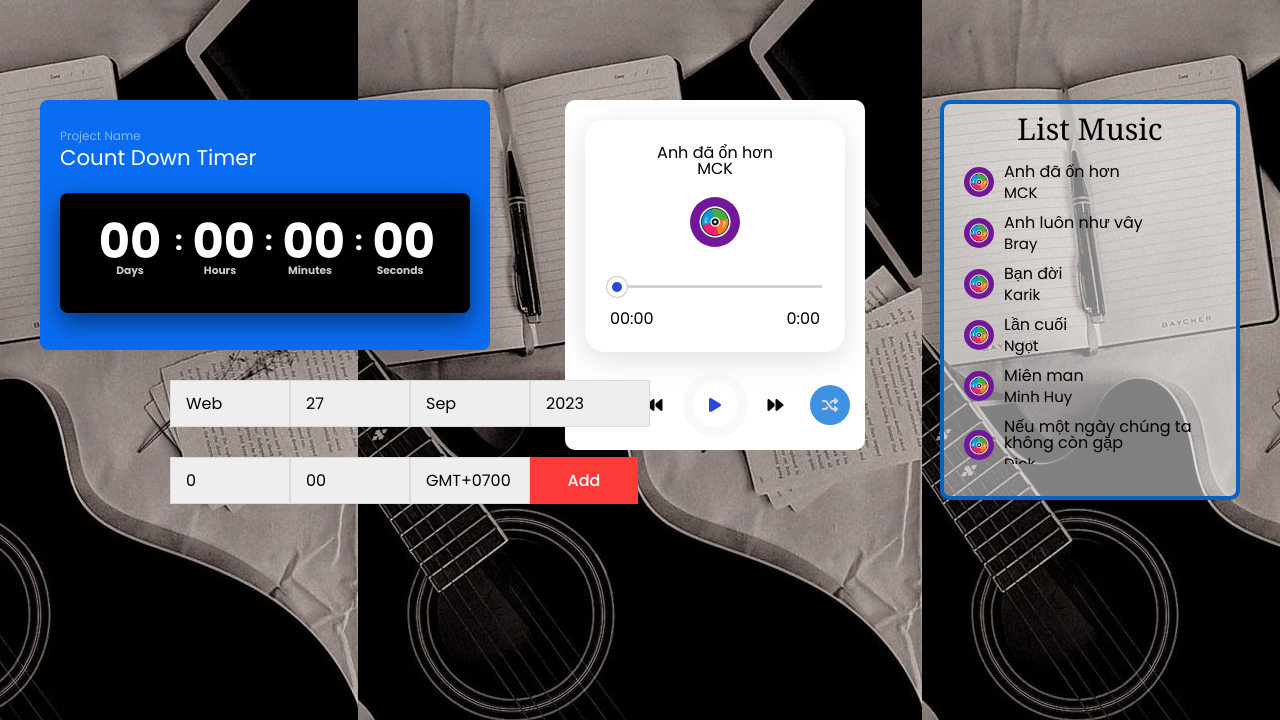
Repository: thuanpham00/CountDownTimer
Page: index.html
The author's editor kept a copy of each file at every save. The page is drawn from the files as they stood at one save, then again after the next save.
The browser window is 1280 px wide. The pictures show the whole page.
Some web libraries are served in a nearby version. The style sheet was rebuilt from its Sass, Less or Tailwind sources for each picture, by a compiler version that may differ from the author's.

Above is the page before, as saved 2023-10-12 23:00:38.

After the next save:
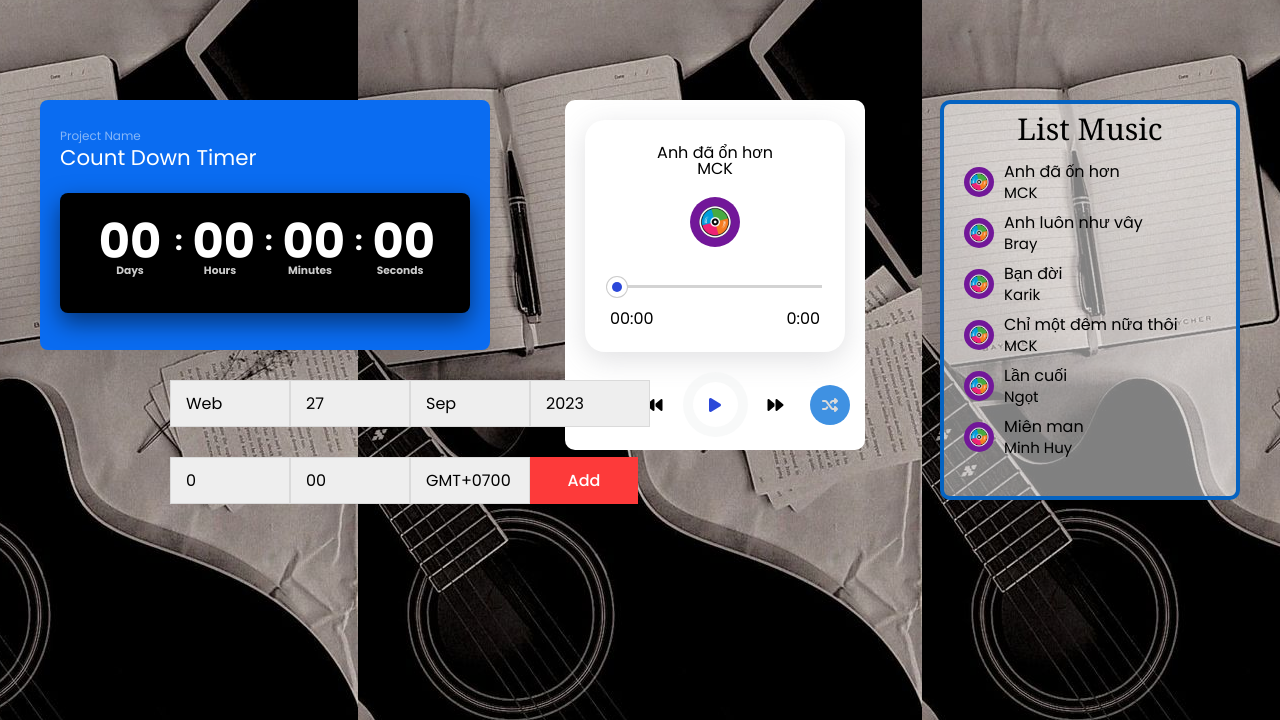
Saved 4 s later.
--- a/assets/js/main.js
+++ b/assets/js/main.js
@@ -125,6 +125,12 @@ window.addEventListener("load", function () {
                     img: "./assets/img/mthis.png",
                 },
                 {
+                    name: "Chỉ một đêm nữa thôi",
+                    singer: "MCK",
+                    path: "./assets/files/chi-mot-dem-nua-thoi.mp3",
+                    img: "./assets/img/mthis.png",
+                },
+                {
                     name: "Lần cuối",
                     singer: "Ngọt",
                     path: "./assets/files/lan-cuoi.mp3",
